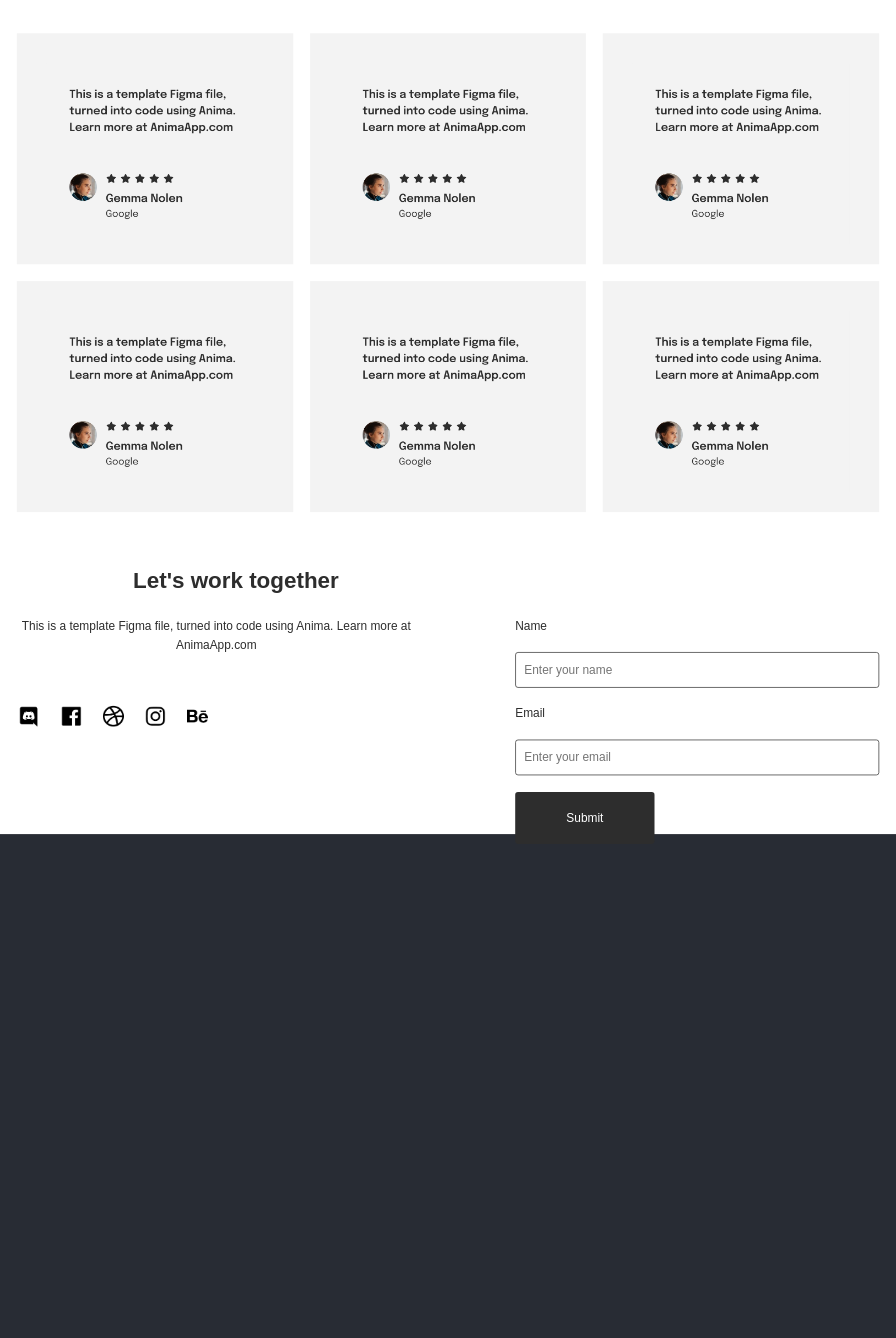
Repository: nida463/project-portofolio
Page: /
The author's editor kept a copy of each file at every save. The page is drawn from the files as they stood at one save, then again after the next save.
The browser window is 1280 px wide. The pictures show the part of the page from y = 2201 to 4121 px (the page is 4113 px tall before and 4121 px after), at 70% of full size.
The project was rebuilt for these pictures with package versions that can differ from the ones it lists, and the page was loaded fresh each time.

Above is the page before, as saved 2024-09-18 13:25:26.

After the next save:
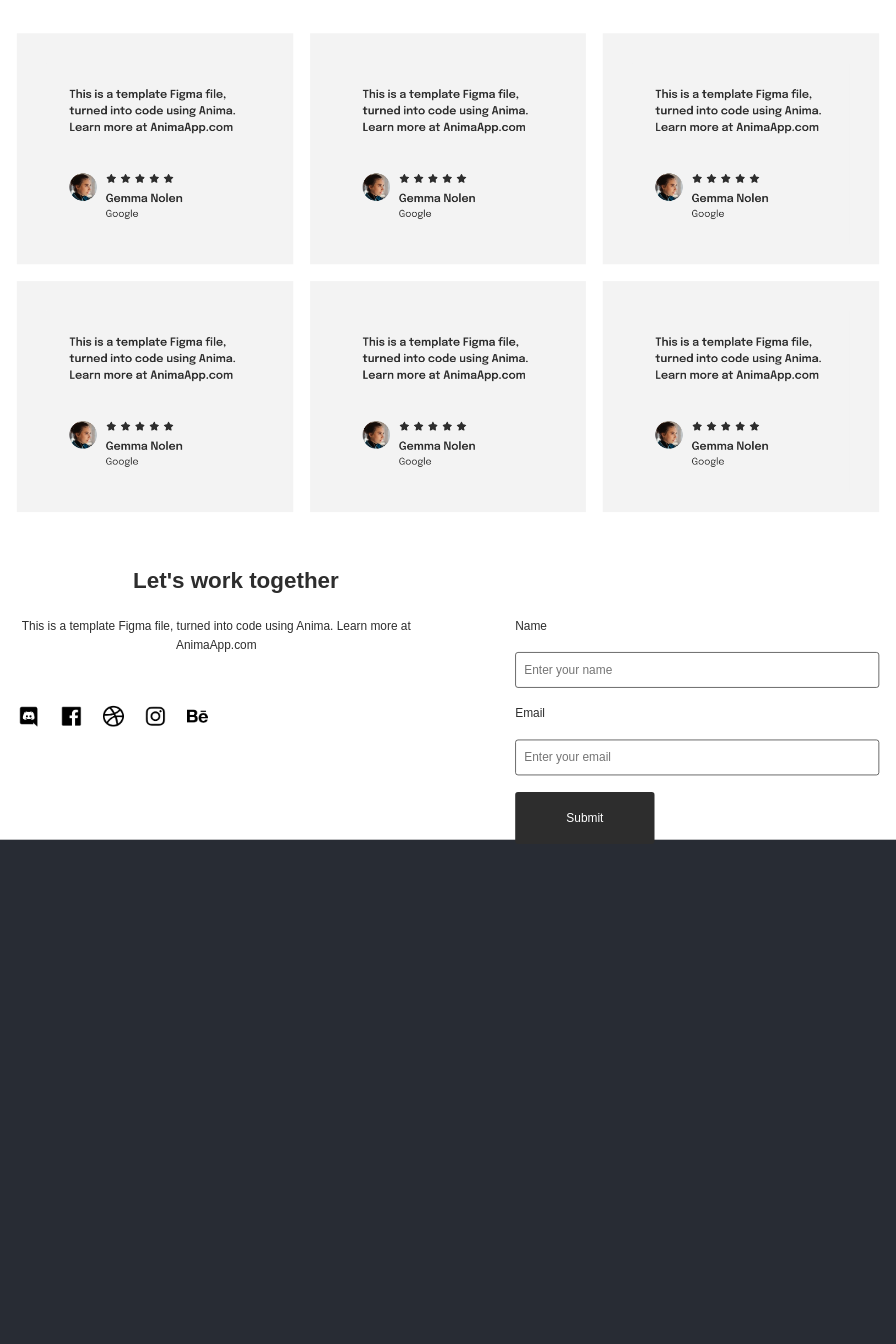
Saved 11 s later.
--- a/src/Components/Contact.css
+++ b/src/Components/Contact.css
@@ -7,7 +7,6 @@
     gap: 24px;
     width: 100%;
     max-width: 1280px;
-    height: 426px;
     background: #FFFFFF;
 }
 
